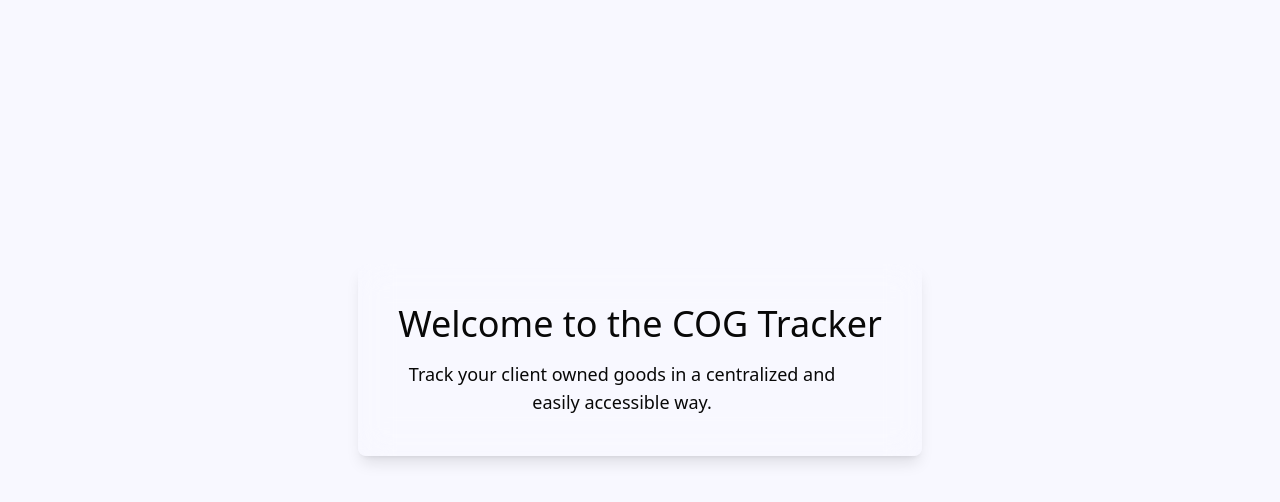
Repository: Renzo-Salosagcol/cog_tracker
Page: /
An editor plug-in stored every save of this project. The page is shown before and after the next save, followed by the edit.
The browser window is 1280 px wide. The pictures show the whole page.
The project was rebuilt for these pictures with package versions that can differ from the ones it lists, and the page was loaded fresh each time. The framework's server and built-in components were replaced by stand-ins that run in the browser. Also part of the build but not shown: next.config.ts.

Above is the page before, as saved 2025-12-17 13:41:29.

### app/layout.tsx
import type { Metadata } from "next";
import { Geist, Geist_Mono } from "next/font/google";
import "./globals.css";

const geistSans = Geist({
  variable: "--font-geist-sans",
  subsets: ["latin"],
});

const geistMono = Geist_Mono({
  variable: "--font-geist-mono",
  subsets: ["latin"],
});

export const metadata: Metadata = {
  title: "COG Tracker",
  description: "COG tracker created to track client owned goods in a centralized and easily accessible way",
};

export default function RootLayout({
  children,
}: Readonly<{
  children: React.ReactNode;
}>) {
  return (
    <html lang="en">
      <body
        className={`${geistSans.variable} ${geistMono.variable} antialiased`}
      >
        {children}
      </body>
    </html>
  );
}

### app/page.tsx
import Image from "next/image";

export default function Home() {
  return (
    <div className="root-page-element bg-background">
      <form className="glassmorphism p-10 rounded-lg shadow-lg text-center">
        <h1 className="text-4xl text-foreground">Welcome to the COG Tracker</h1>
        <p className="mt-4 text-lg text-center max-w-md">
          Track your client owned goods in a centralized and easily accessible way.
        </p>
      </form>
    </div>
  );
}

### app/globals.css
@import "tailwindcss";

@theme {
  --color-background: var(--background);
  --color-foreground: var(--foreground);

  --color-primary: var(--primary);
  --color-secondary: var(--secondary);

  --animate-fade-in: fade-in 1s ease-in forwards;
}

@layer base {
  /* Light Theme */
  :root {
    --background: #f8f8ff; /* Ghost White */
    --foreground: #080808; /* Vampire Black */

    --primary: #0A6A56; /* Bangladesh Green */
    --secondary: #A82B11; /* Rufous */
  }

  /* Dark Theme */
  .dark {
    --background: #080808; /* Vampire Black */
    --foreground: #f8f8ff; /* Ghost White */

    --primary: #0A6A56; /* Bangladesh Green */
    --secondary: #A82B11; /* Rufous */
  }

  html {
    @apply scroll-smooth;
  }

  body {
    @apply bg-background text-foreground transition-colors duration-300;
  }
}

@utility root-page-element {
  @apply min-h-screen flex flex-col items-center justify-center;
}

@utility glassmorphism {
  @apply bg-background/10 backdrop-blur-lg
}

After the next save:
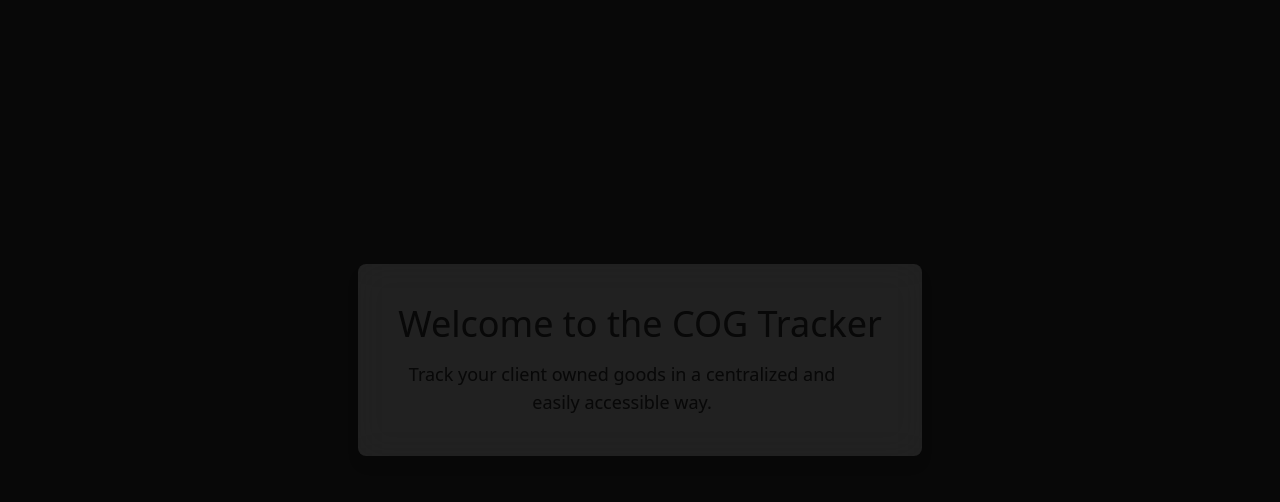
Saved 21 s later.
--- a/app/page.tsx
+++ b/app/page.tsx
@@ -2,7 +2,7 @@
 
 export default function Home() {
   return (
-    <div className="root-page-element bg-background">
+    <div className="root-page-element bg-foreground">
       <form className="glassmorphism p-10 rounded-lg shadow-lg text-center">
         <h1 className="text-4xl text-foreground">Welcome to the COG Tracker</h1>
         <p className="mt-4 text-lg text-center max-w-md">

After the save that followed:
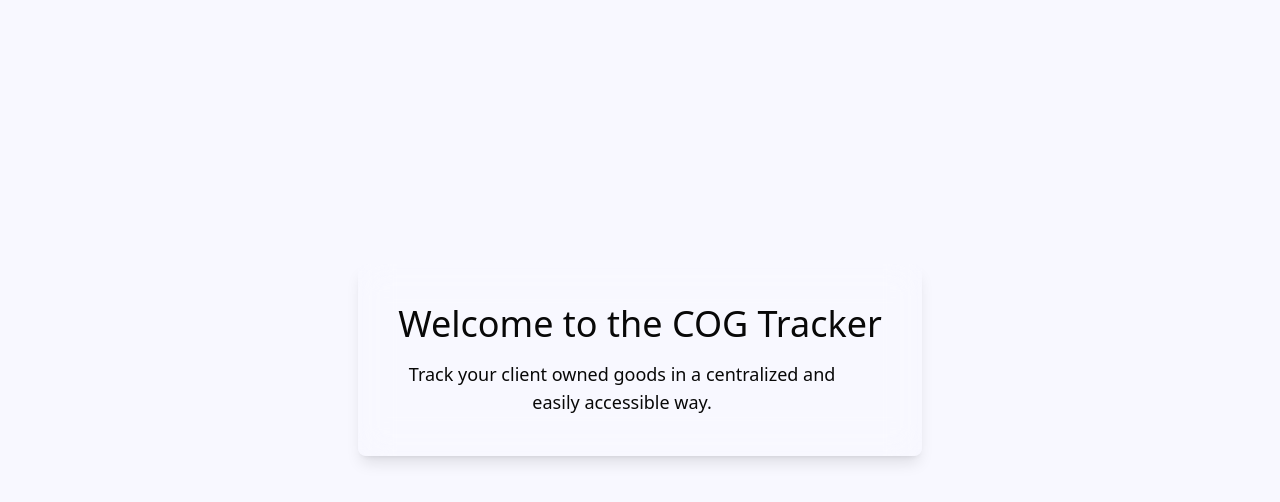
Saved 5 s later.
--- a/app/page.tsx
+++ b/app/page.tsx
@@ -2,7 +2,7 @@
 
 export default function Home() {
   return (
-    <div className="root-page-element bg-foreground">
+    <div className="root-page-element bg-background">
       <form className="glassmorphism p-10 rounded-lg shadow-lg text-center">
         <h1 className="text-4xl text-foreground">Welcome to the COG Tracker</h1>
         <p className="mt-4 text-lg text-center max-w-md">
